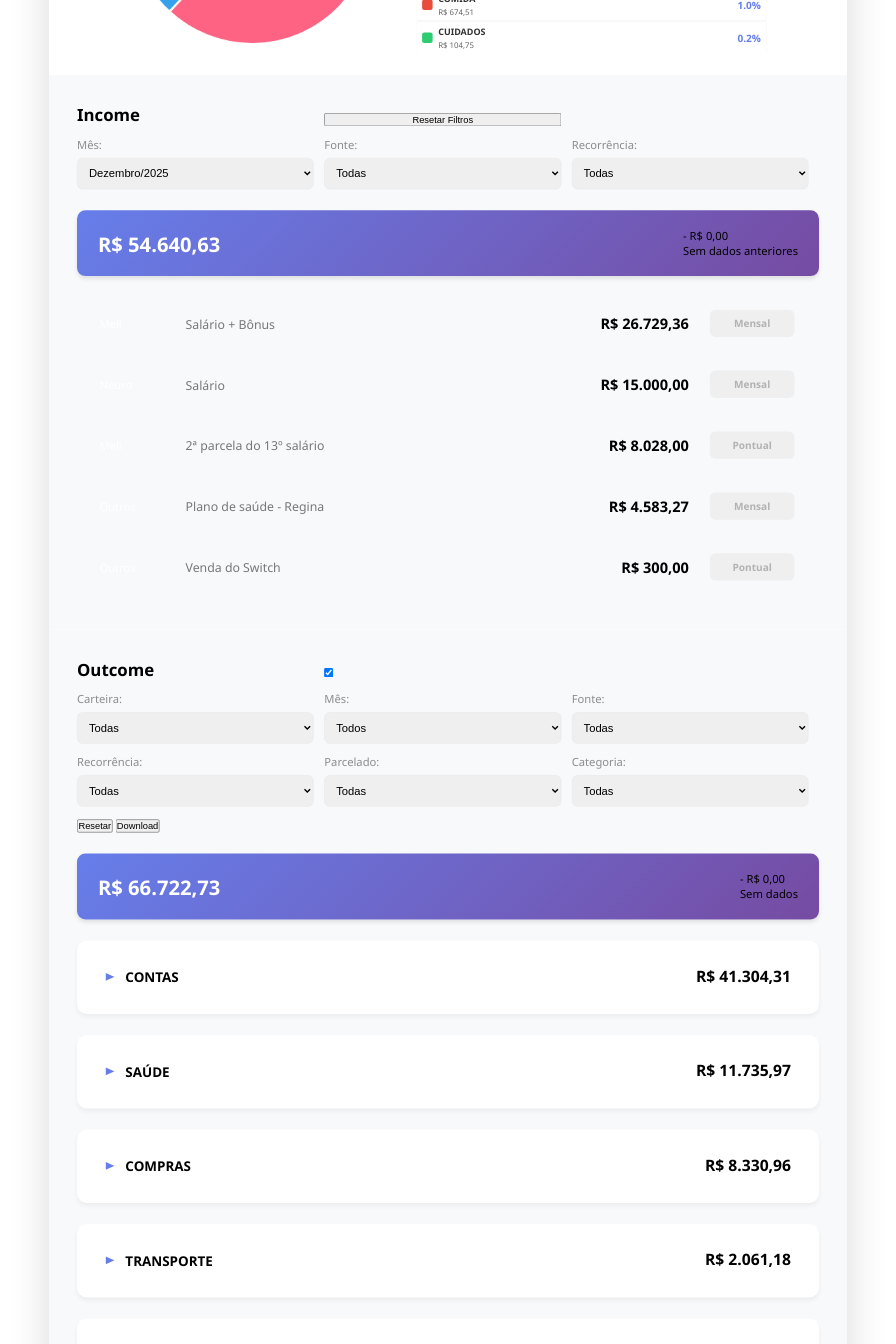
Repository: hibrunowork-cyber/-custo-familia
Page: index.html
An editor plug-in stored every save of this project. The page is shown before and after the next save, followed by the edit.
The browser window is 1280 px wide. The pictures show the part of the page from y = 349 to 2269 px (the page is 2831 px tall), at 70% of full size.

Above is the page before, as saved 2025-12-05 22:08:44.

After the next save:
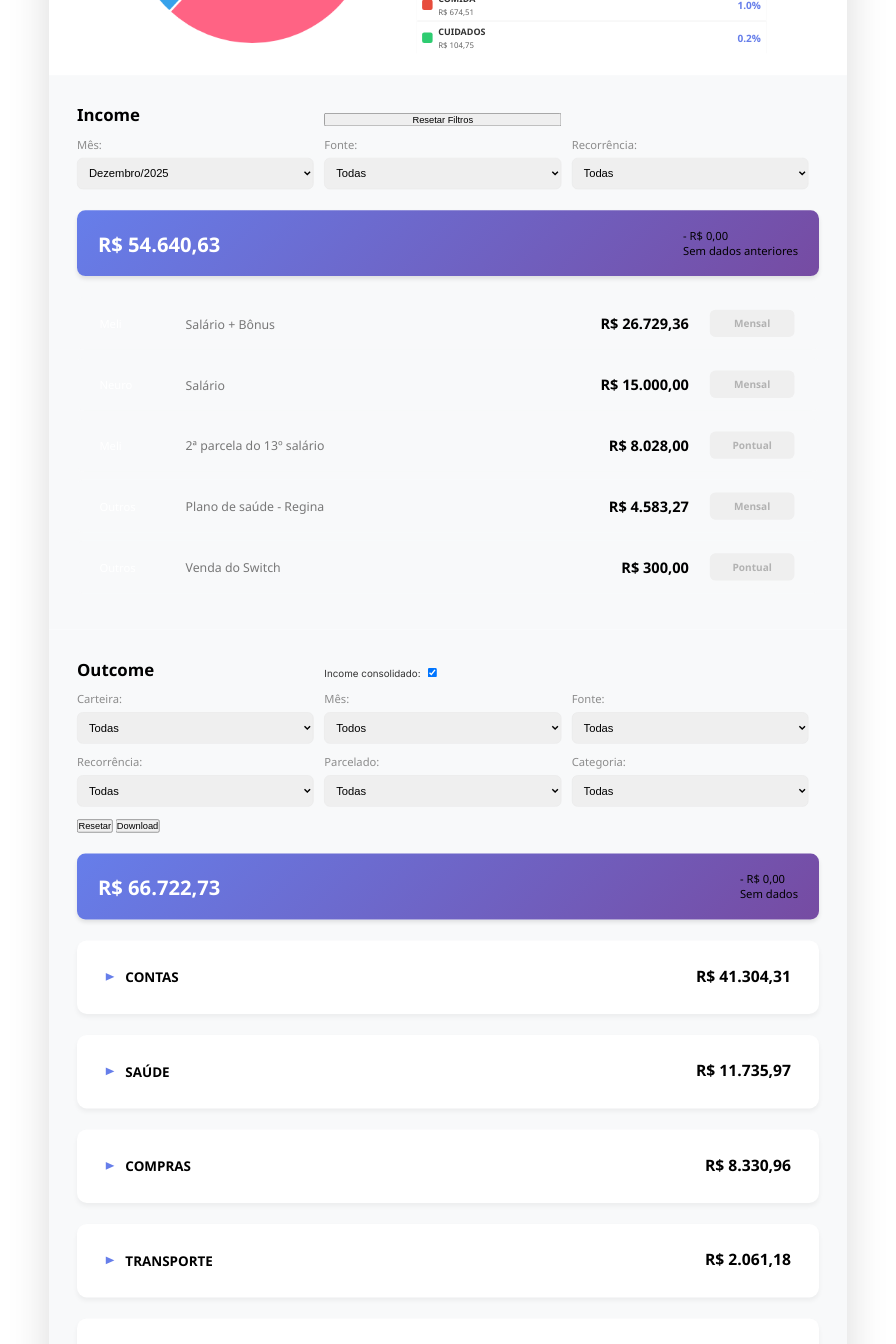
Saved 4 min 39 s later.
--- a/index.html
+++ b/index.html
@@ -76,10 +76,13 @@
         <div class="list-section">
             <div class="filters-row outcome-title-row">
                 <h2 class="outcome-title">Outcome</h2>
+                <div style="display: flex; align-items: center; gap: 10px;">
+                    <label for="toggleConsolidado" style="margin: 0; font-family: 'Inter', sans-serif; font-size: 14px; color: #333;">Income consolidado:</label>
                 <label class="form-switch">
                     <input type="checkbox" id="toggleConsolidado" checked>
                     <i></i>
                 </label>
+                </div>
             </div>
 
             <div class="filters-row">
